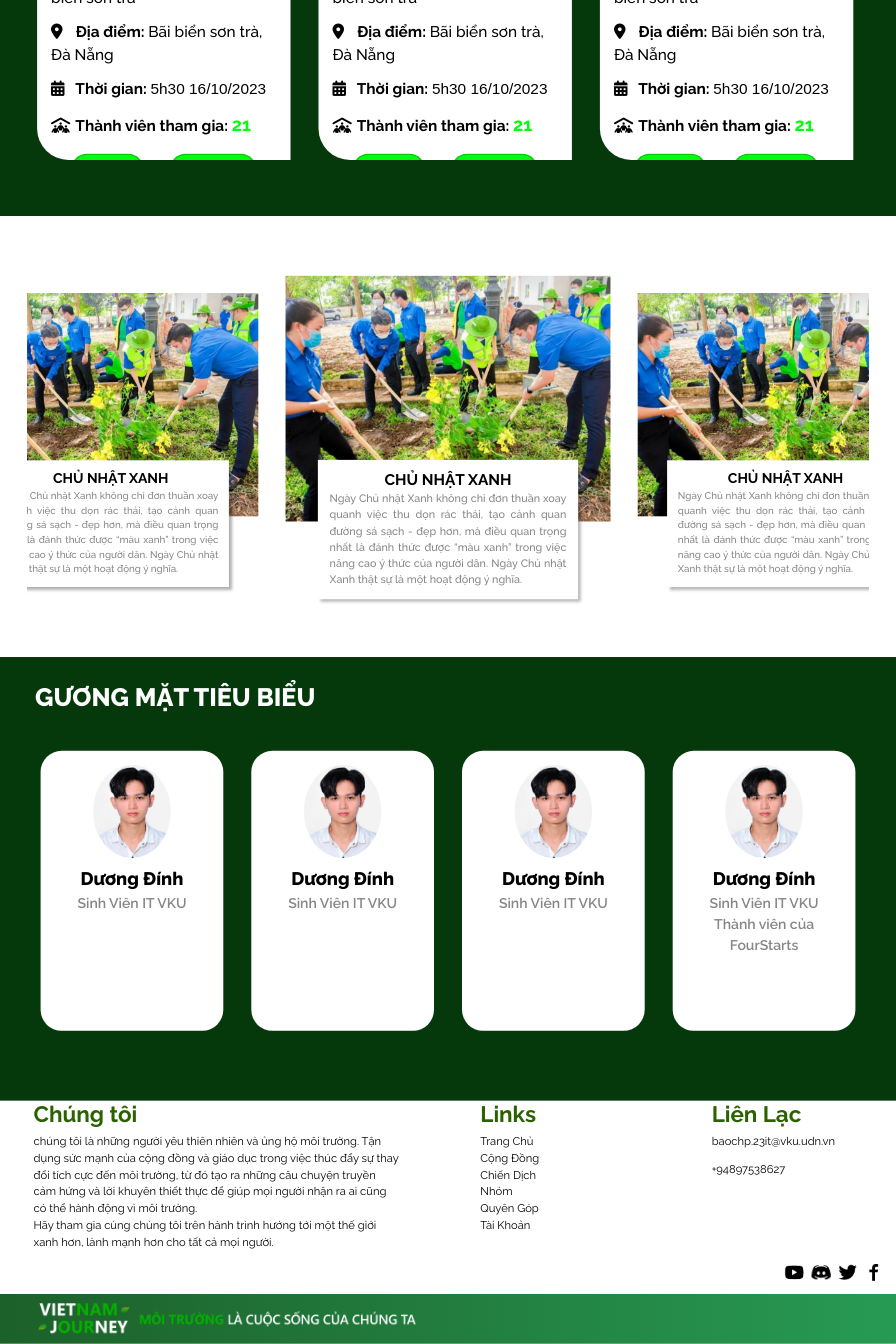
Repository: Boima12/Boima12.github.io_VietnamJourney
Page: HTML/ChienDich/ChienDich.html
The author's editor kept a copy of each file at every save. The page is drawn from the files as they stood at one save, then again after the next save.
The browser window is 1280 px wide. The pictures show the part of the page from y = 2781 to 4701 px (the page is 4701 px tall), at 70% of full size.

Above is the page before, as saved 2024-05-25 13:19:13.

After the next save:
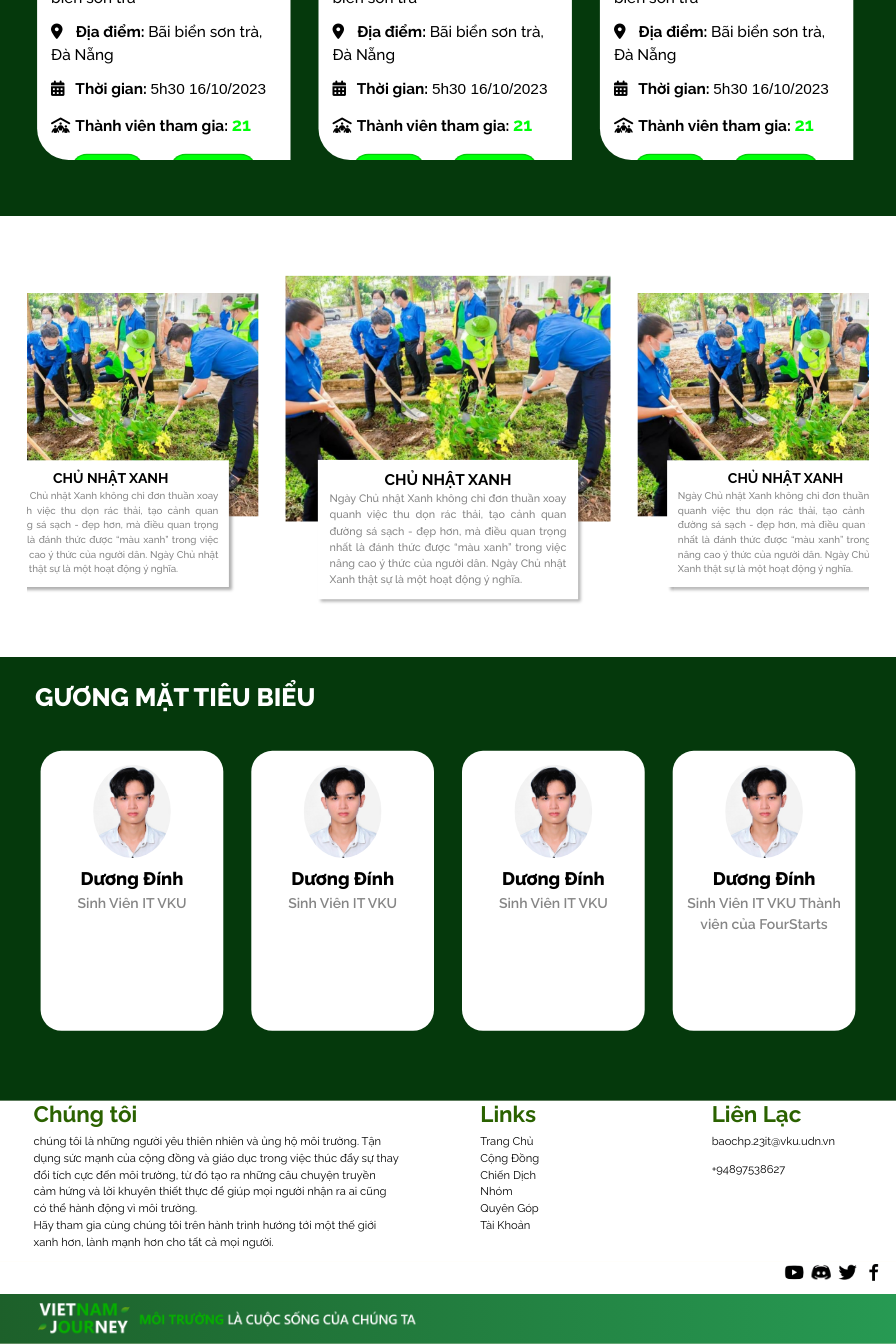
Saved 15 s later.
--- a/HTML/ChienDich/ChienDich.html
+++ b/HTML/ChienDich/ChienDich.html
@@ -445,7 +445,7 @@
                     <div class="item">
                         <img src="./images/ảnh thẻ.jpg" alt="">
                         <div class="title">Dương Đính</div>
-                        <div class="desc">Sinh Viên IT VKU <br> Thành viên của FourStarts</div>
+                        <div class="desc">Sinh Viên IT VKU Thành viên của FourStarts</div>
                     </div>
                 </div>
             </div>
